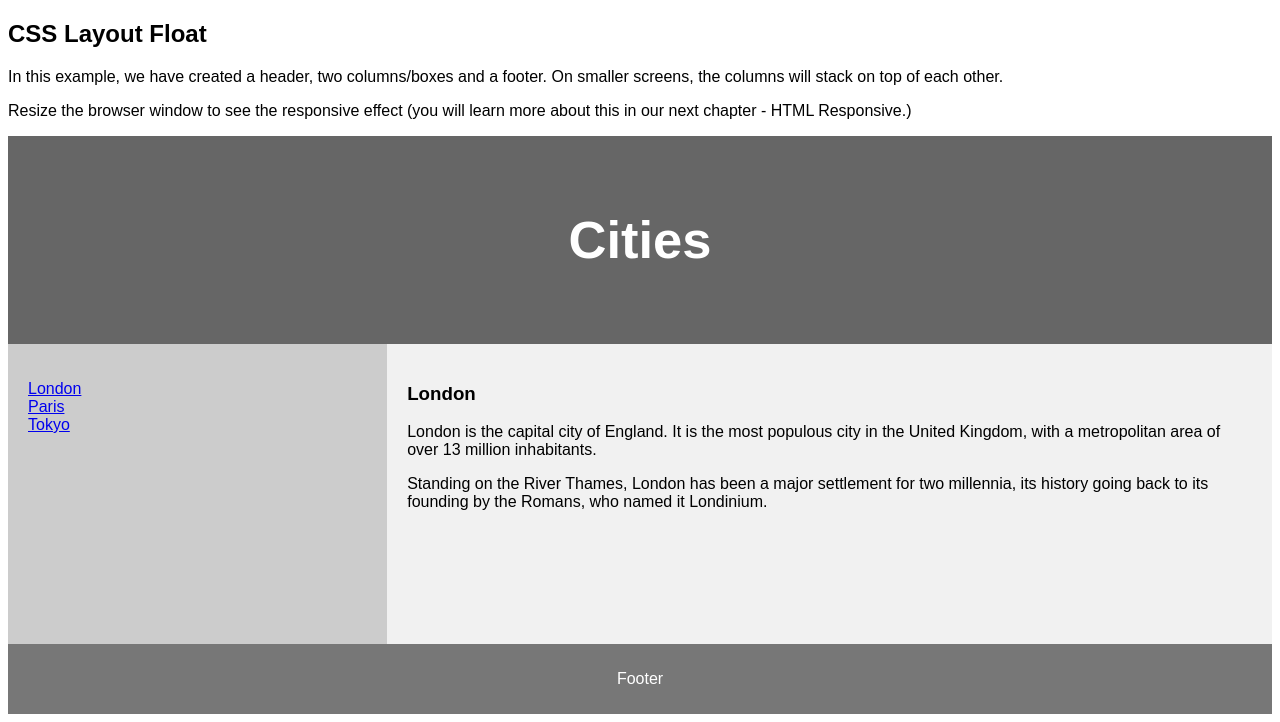
Repository: VuVanPhuoc/JavaSpringMVC
Page: http://localhost/WebBanSachSpringMVC/
The author's editor kept a copy of each file at every save. The page is drawn from the files as they stood at one save, then again after the next save.
The browser window is 1280 px wide. The pictures show the whole page.
The page is served by Tomcat 9.

Above is the page before, as saved 2022-12-26 20:12:22.

After the next save:
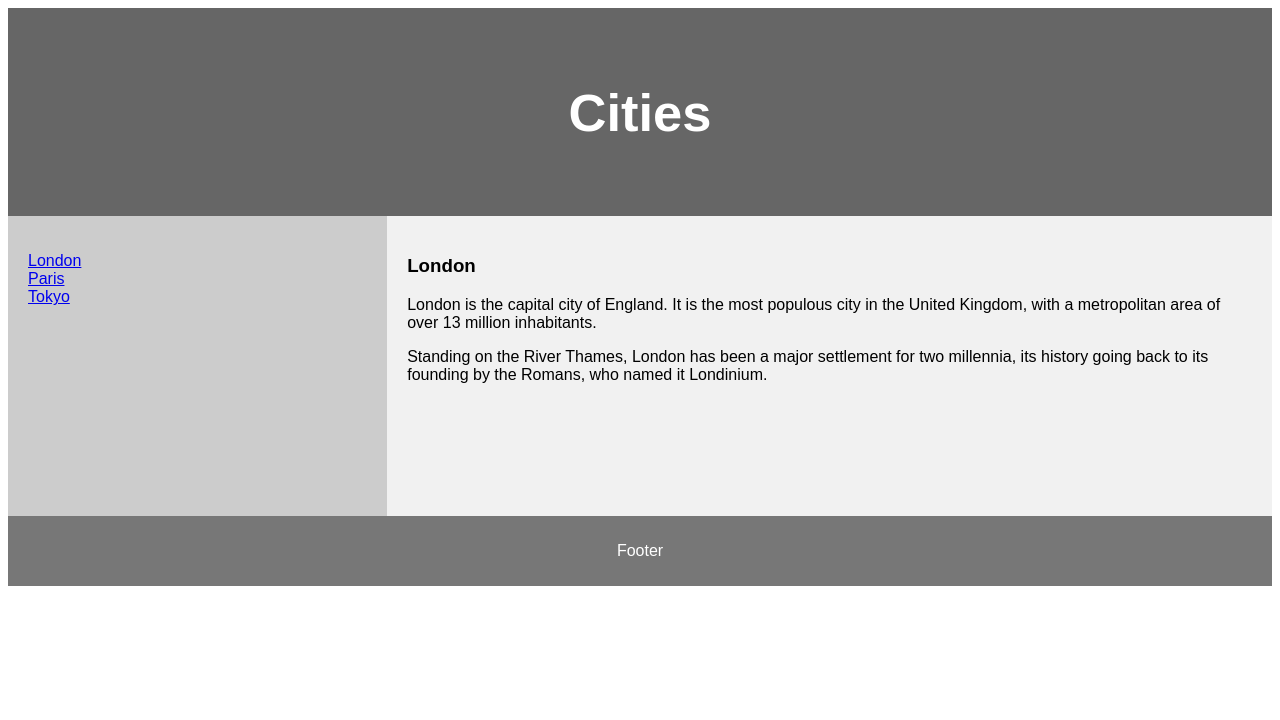
Saved 22 s later.
--- a/CNJavaCK/WebBanSachSpringMVC/src/main/webapp/WEB-INF/views/admin/index.jsp
+++ b/CNJavaCK/WebBanSachSpringMVC/src/main/webapp/WEB-INF/views/admin/index.jsp
@@ -73,9 +73,6 @@ footer {
 </head>
 <body>
 
-<h2>CSS Layout Float</h2>
-<p>In this example, we have created a header, two columns/boxes and a footer. On smaller screens, the columns will stack on top of each other.</p>
-<p>Resize the browser window to see the responsive effect (you will learn more about this in our next chapter - HTML Responsive.)</p>
 
 <header>
   <h2>Cities</h2>
